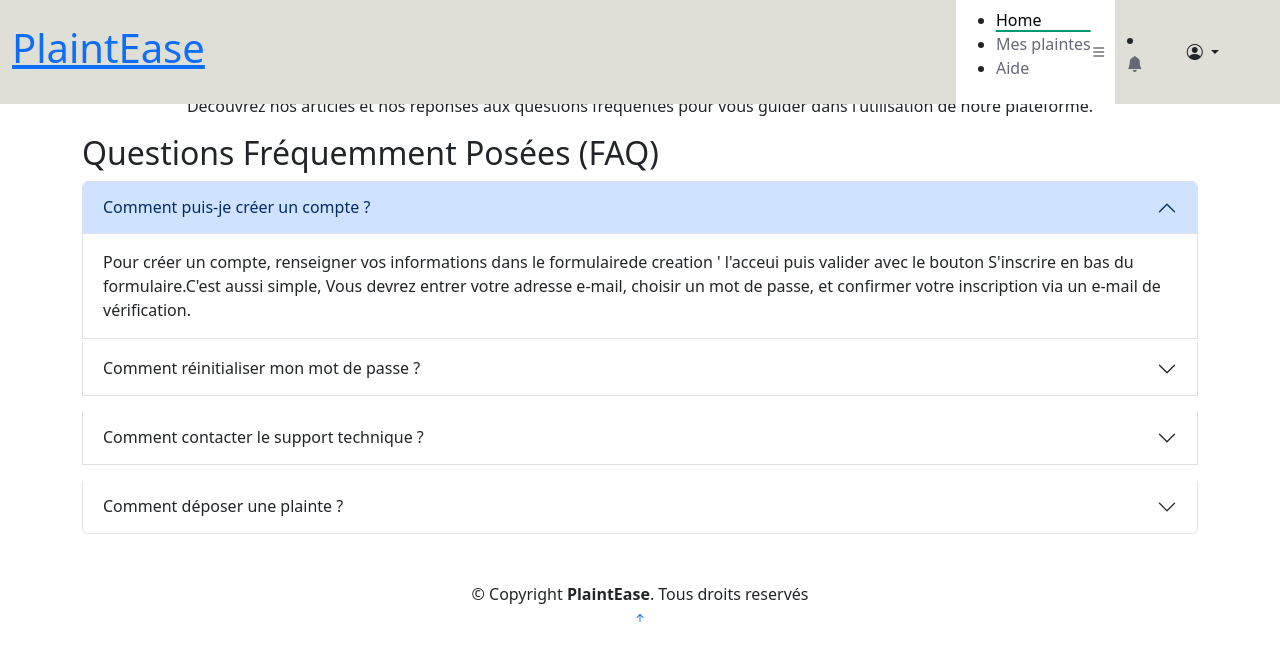
Repository: Senare1/PlaintEasy
Page: complaints/templates/complaints/help.html
The author's editor kept a copy of each file at every save. The page is drawn from the files as they stood at one save, then again after the next save.
The browser window is 1280 px wide. The pictures show the whole page.
Some web libraries are served in a nearby version. The template is drawn by Django 4.2. The application's start-up code is not run. The template is opened directly, without the code that normally fills it, so the values that code supplies are empty.

Above is the page before, as saved 2024-08-11 06:45:46.
Console error: ReferenceError: Swiper is not defined

After the next save:
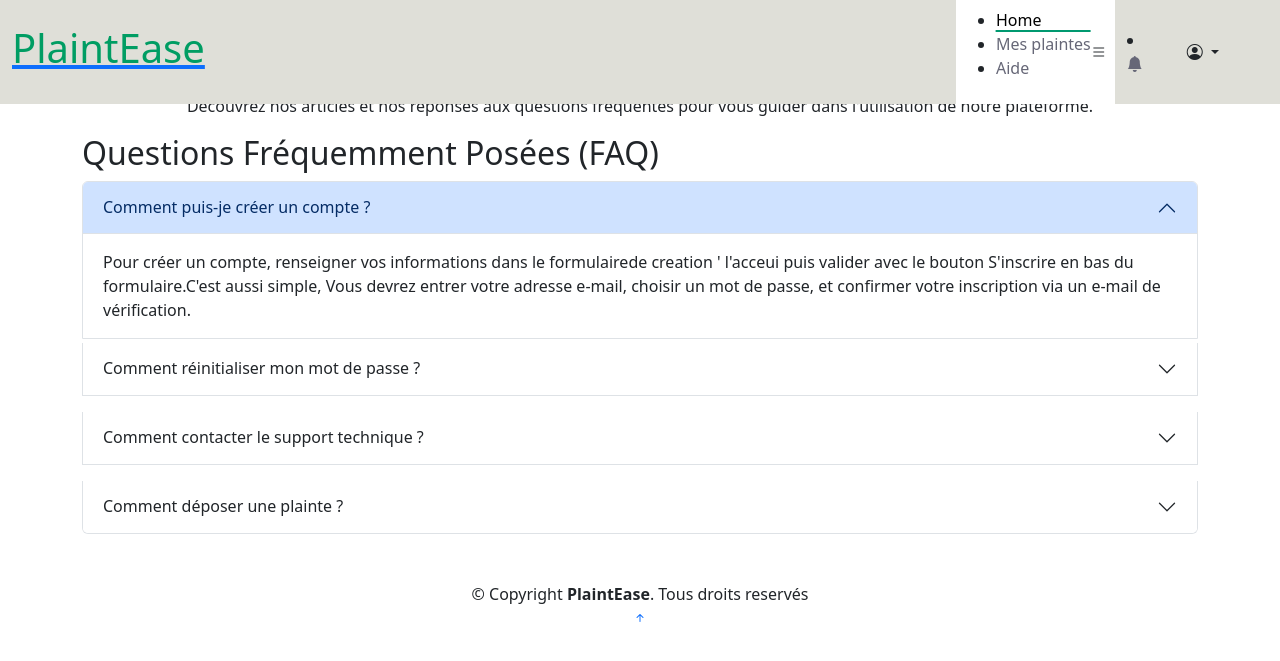
Saved 78 s later.
--- a/complaints/templates/complaints/base.html
+++ b/complaints/templates/complaints/base.html
@@ -25,7 +25,7 @@
     <div class="container d-flex align-items-center justify-content-between ">
 
       <div class="logo">
-        <h1><a href="{% url 'home' %}"><span class="plaint">PlaintEase</span></a></h1>
+        <h1><a href="{% url 'home' %}"><span style="color: #009d63;">PlaintEase</span></a></h1>
         <!-- Uncomment below if you prefer to use an image logo -->
         <!-- <a href="index.html"><img src="assets/img/logo.png" alt="" class="img-fluid"></a>-->
       </div>
